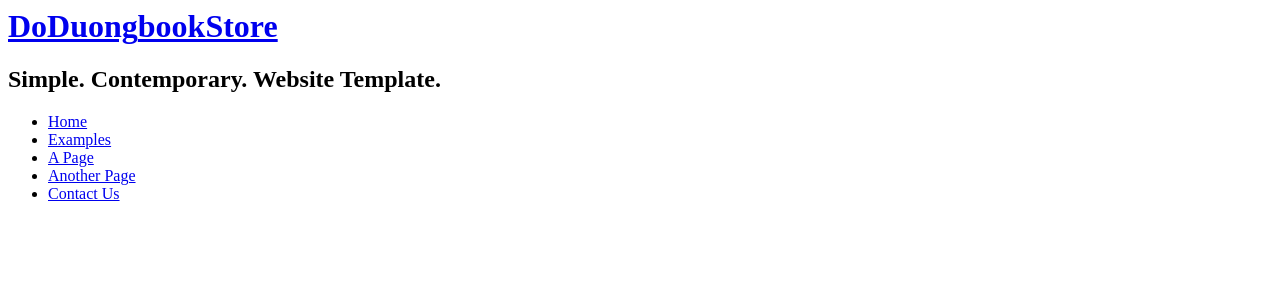
Repository: ngttuyen/JavaWeb
Page: http://localhost/MyWebsite/includes/header.jsp
An editor plug-in stored every save of this project. The page is shown before and after the next save, followed by the edit.
The browser window is 1280 px wide. The pictures show the whole page.
The page is served by Tomcat 9.

Above is the page before, as saved 2019-06-01 09:38:59.

After the next save:
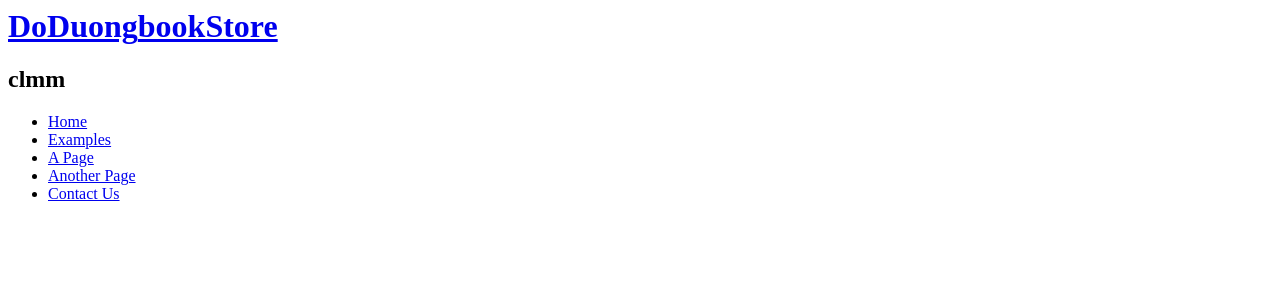
Saved 30 s later.
--- a/MyWebsite/WebContent/includes/header.jsp
+++ b/MyWebsite/WebContent/includes/header.jsp
@@ -4,7 +4,7 @@
         <div id="logo_text">
           <!-- class="logo_colour", allows you to change the colour of the text -->
           <h1><a href="index.jsp">DoDuong<span class="logo_colour">bookStore</span></a></h1>
-          <h2>Simple. Contemporary. Website Template.</h2>
+          <h2>clmm</h2>
         </div>
       </div>
       <div id="menubar">
